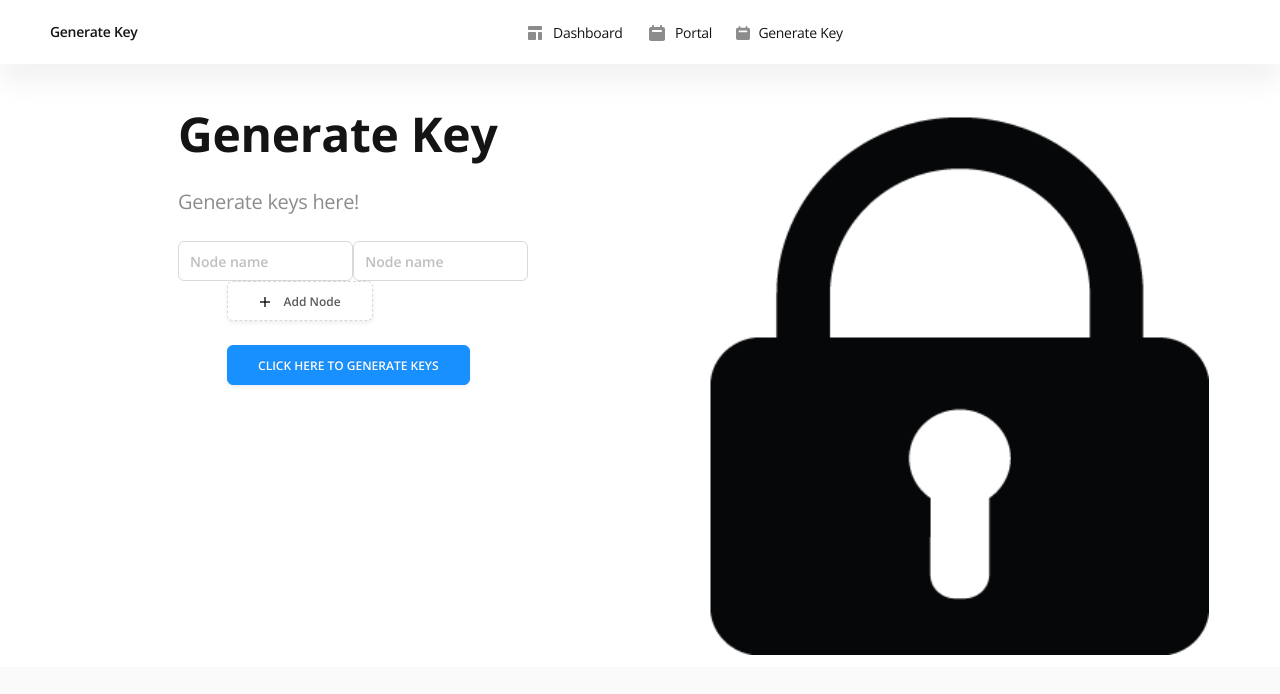
Repository: ahabalikhan/api-analytics-app-fe
Page: /sign-in
The author's editor kept a copy of each file at every save. The page is drawn from the files as they stood at one save, then again after the next save.
The browser window is 1280 px wide. The pictures show the whole page.
The project was rebuilt for these pictures with package versions that can differ from the ones it lists, and the page was loaded fresh each time. Also part of the build but not shown: src/components/chart/configs/eChart.js, src/components/chart/EChart.js, src/components/chart/configs/lineChart.js, src/components/chart/LineChart.js, src/pages/Home.js, src/pages/Profile.js, src/components/layout/Sidenav.js, src/components/layout/Footer.js and 2 more. Imported but missing from the stored project, and not drawn on this page: src/pages/Billing, src/pages/Rtl, src/pages/Tables.

Above is the page before, as saved 2022-07-16 23:29:25.

After the next save:
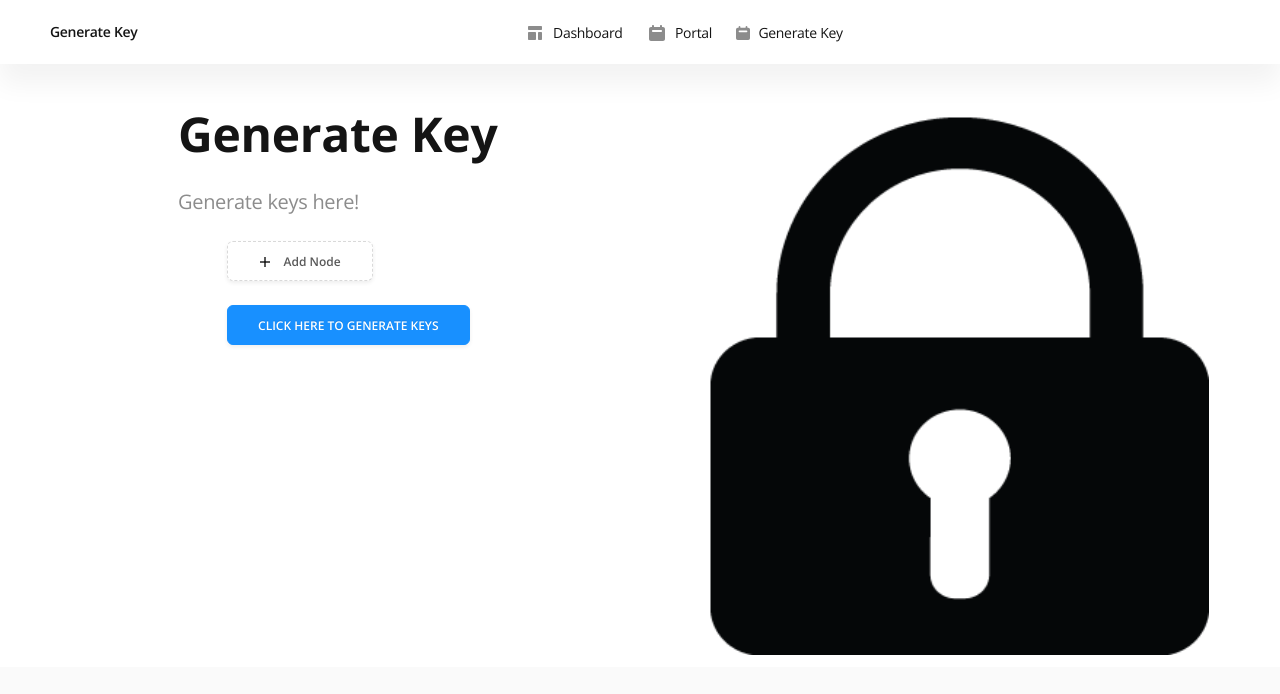
Saved 115 s later.
--- a/src/components/NodesForm.js
+++ b/src/components/NodesForm.js
@@ -39,18 +39,6 @@ const NodesForm = () => {
 
     return (
         <Form name="dynamic_form_item" {...formItemLayoutWithOutLabel} onFinish={onFinish}>
-            <Input
-                placeholder="Node name"
-                style={{
-                    width: '60%',
-                }}
-            />
-             <Input
-                placeholder="Node name"
-                style={{
-                    width: '60%',
-                }}
-            />
             <Form.List
                 name="names"
                 rules={[
